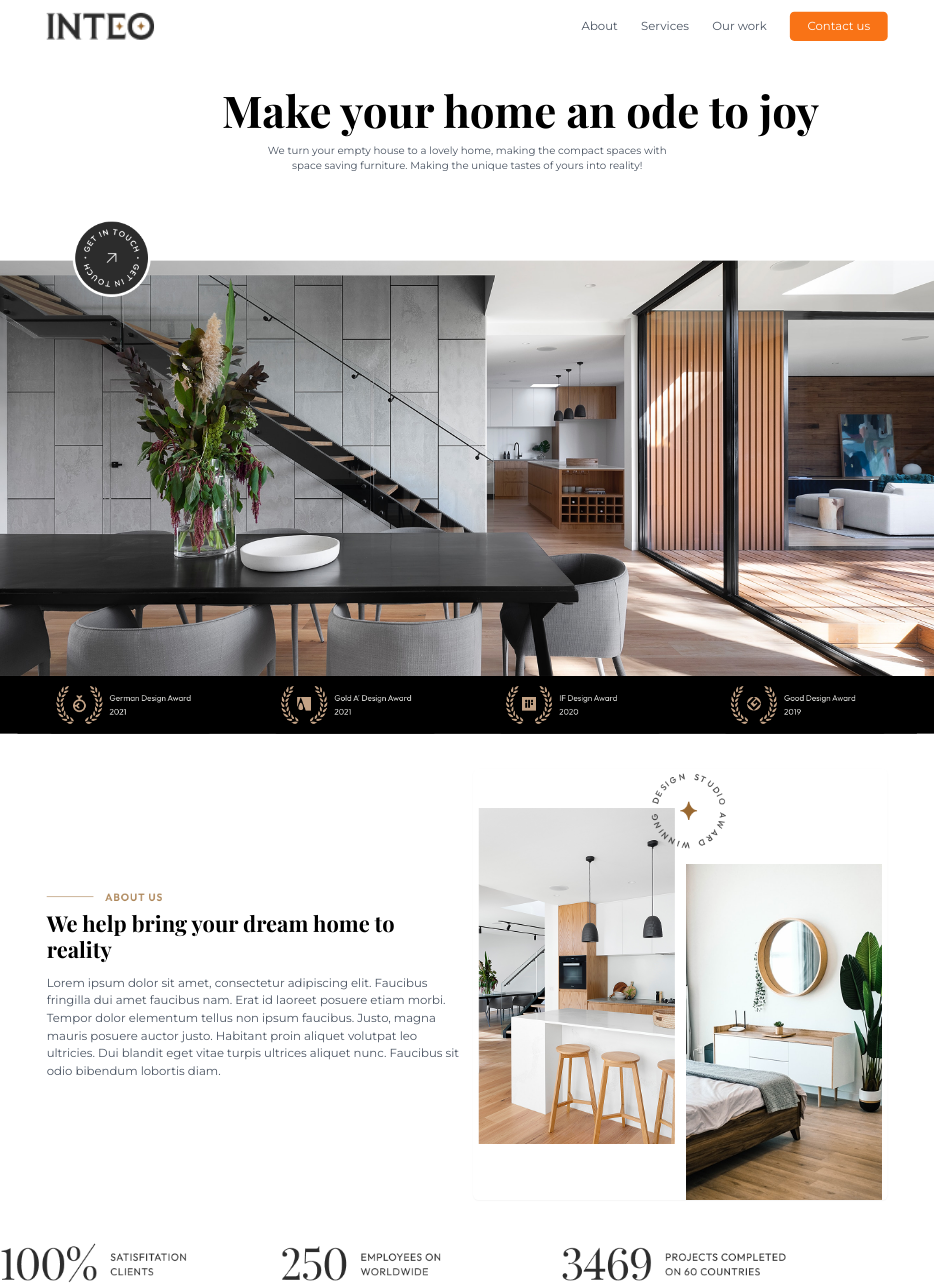
Repository: CatherinneJ/responsive-tailwind-website
Page: tailwind.html
An editor plug-in stored every save of this project. The page is shown before and after the next save, followed by the edit.
The browser window is 1280 px wide. The pictures show the whole page, at 73% of full size.
Some web libraries are served in a nearby version.

Above is the page before, as saved 2025-05-21 19:44:59.

After the next save:
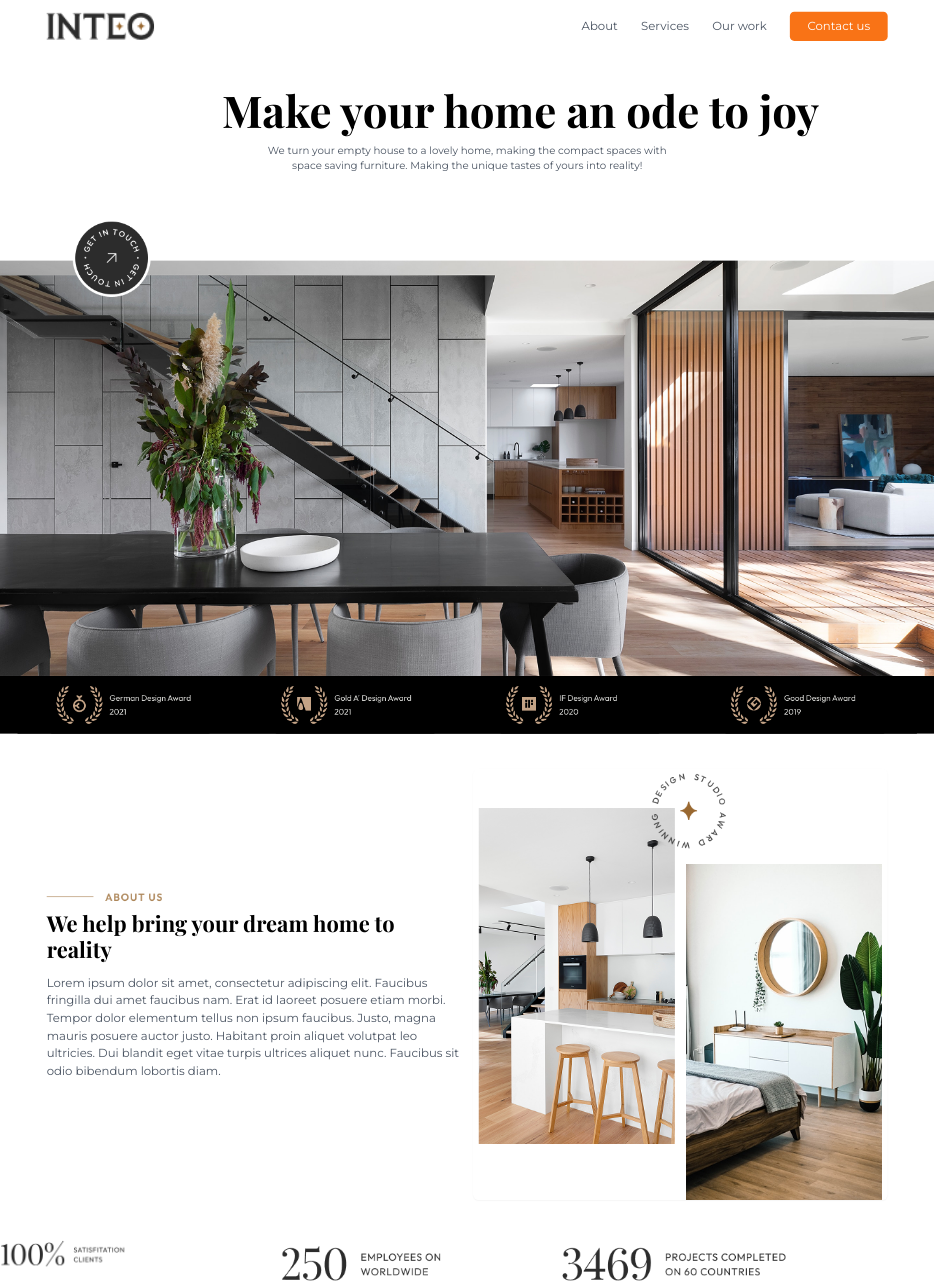
Saved 30 s later.
--- a/tailwind.html
+++ b/tailwind.html
@@ -88,7 +88,7 @@
     <search>
         <h3>
             <ul class="flex flex-wrap">
-                <li><img src="./Assets/Metric Item.png" alt="metric1"></li>
+                <li><img src="./Assets/Metric Item.png" class="w-2/3" alt="metric1"></li>
                 <li><img src="./Assets/Metric Item (1).png" alt="metric2"></li>
                 <li><img src="./Assets/Metric Item (2).png" alt="metric3"></li>
             </ul>
